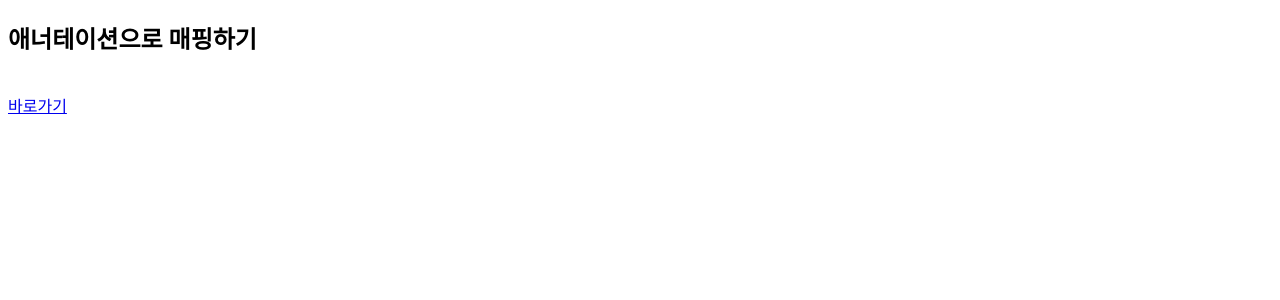
Repository: dogksi/JSP
Page: http://localhost/TestJSP/Servlet/AnnoMapping.jsp
An editor plug-in stored every save of this project. The page is shown before and after the next save, followed by the edit.
The browser window is 1280 px wide. The pictures show the whole page.
The page is served by Tomcat 10. Nobody is signed in. The application's start-up code is not run.

Above is the page before, as saved 2023-09-19 02:18:43.

After the next save:
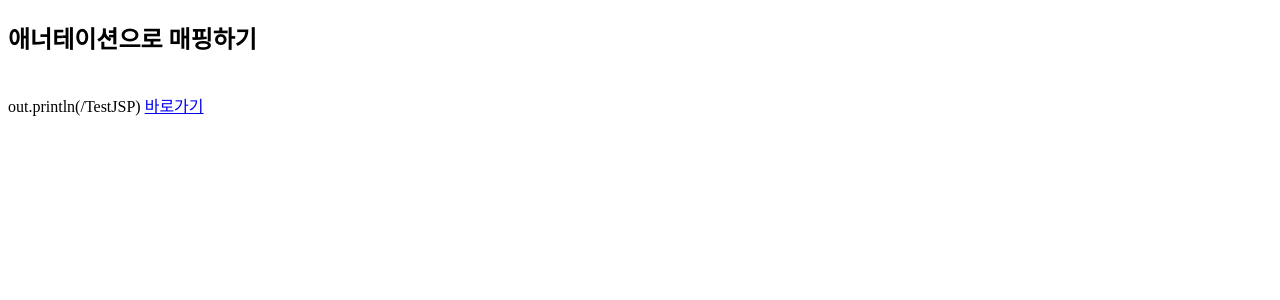
Saved 7 min 29 s later.
--- a/TestJSP/src/main/webapp/Servlet/AnnoMapping.jsp
+++ b/TestJSP/src/main/webapp/Servlet/AnnoMapping.jsp
@@ -11,6 +11,7 @@
 	<p>
 		<strong>${ message }</strong>
 		<br />
+		out.println(<%= request.getContextPath() %>)
 		<a href="<%= request.getContextPath() %>/Servlet/AnnoMapping.do">바로가기</a>
 	</p>
 </body>
